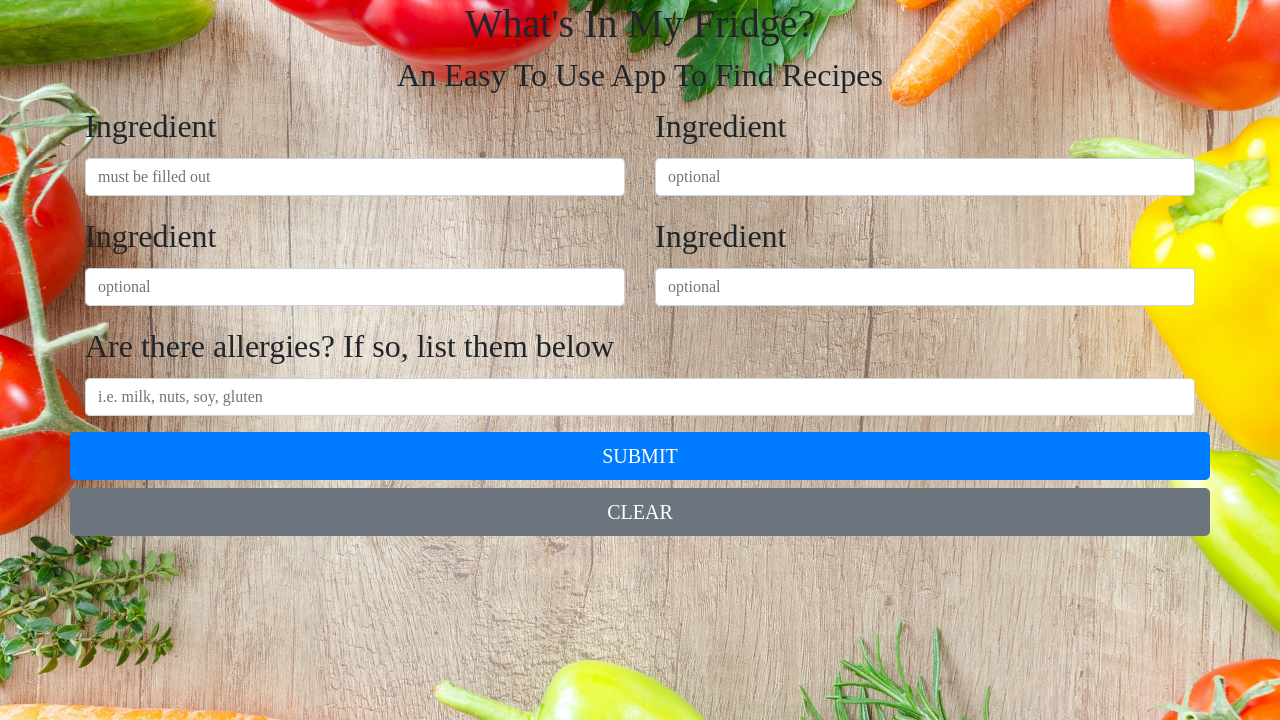
Repository: ogipajic/Recipe_API
Page: index.html
These files come from the project's save history. The page is drawn as it stood at one moment and after the next save; the edit follows.
The browser window is 1280 px wide. The pictures show the whole page.
Some web fonts or font styles are not loaded; a fallback is used.

Above is the page before, as saved 2020-07-06 14:38:59.
Not found: script.js

After the next save:
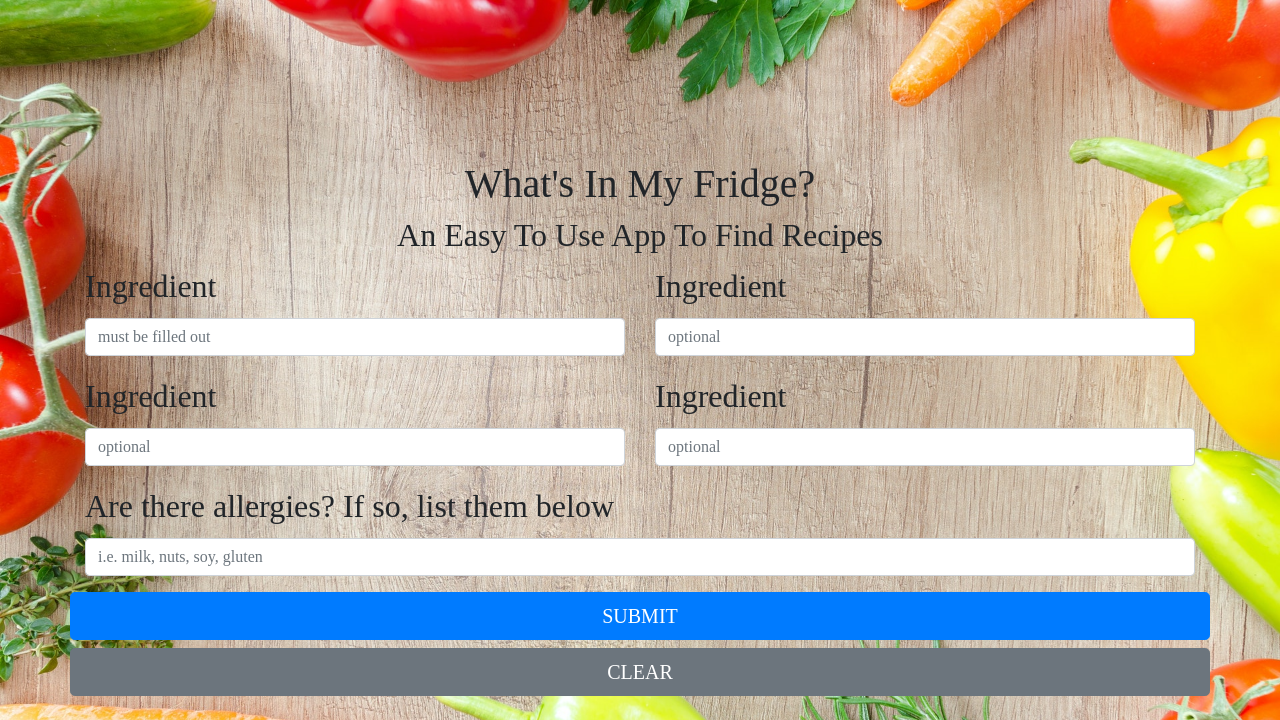
Saved 20 s later.
--- a/stylesheet.css
+++ b/stylesheet.css
@@ -11,5 +11,6 @@ body {
 
 .header {
     text-align: center;
+    margin-top: 10rem;
 
 }
